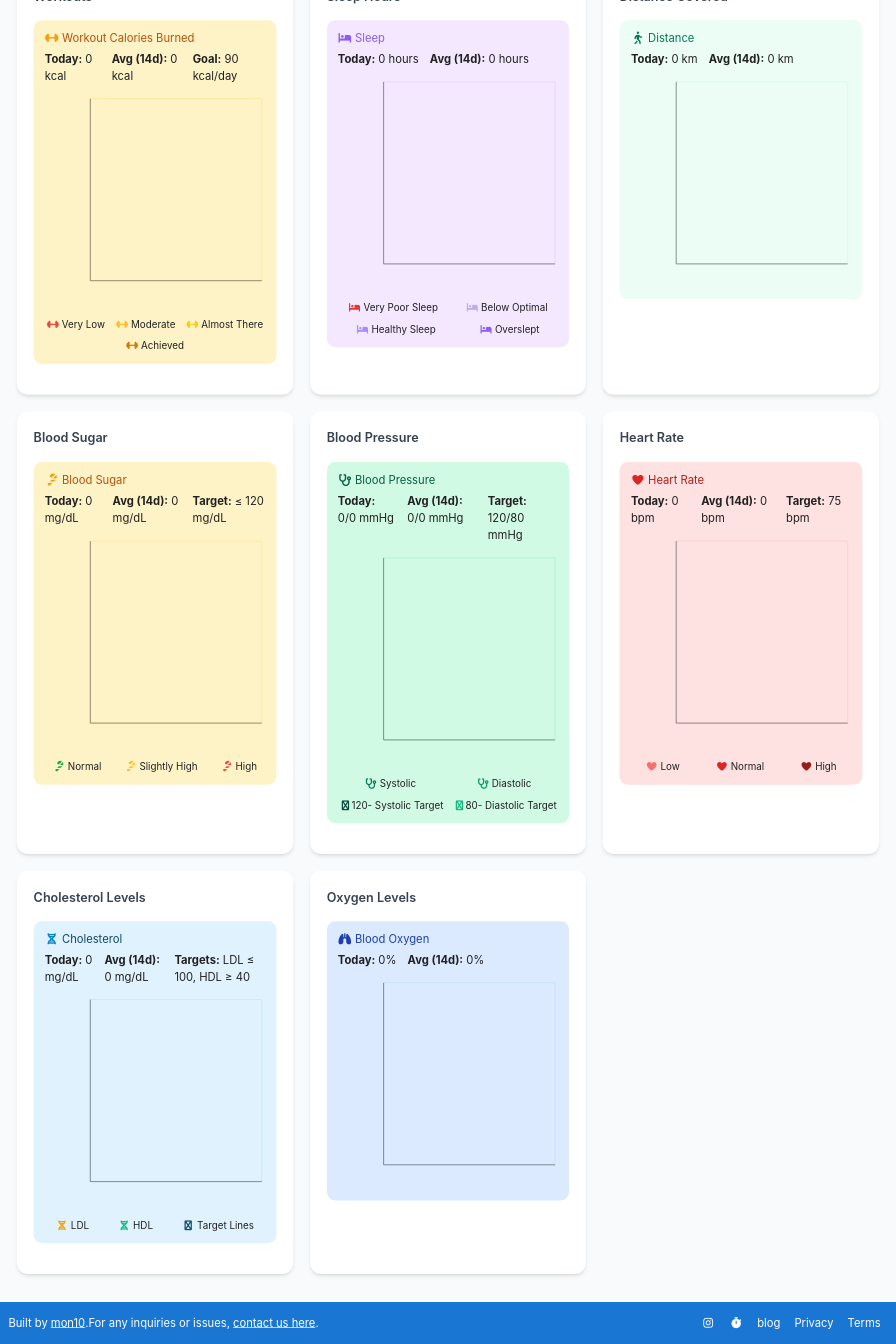
Repository: bhumikamourya/health-monitoring-application
Page: /dashboard (app in frontend/)
An editor plug-in stored every save of this project. The page is shown before and after the next save, followed by the edit.
The browser window is 1280 px wide. The pictures show the part of the page from y = 890 to 2810 px (the page is 2810 px tall), at 70% of full size.
The page's requests for data from a server got no answer. Some web libraries are served in a nearby version. The project was rebuilt for these pictures with package versions that can differ from the ones it lists, and the page was loaded fresh each time. No one was signed in, and anything a server would have sent is missing. Also part of the build but not shown: frontend/src/components/Home/particleBackground.js, frontend/src/components/Home/Component1.js, frontend/src/components/Home/Component2.js, frontend/src/components/Home/Component3.js, frontend/src/components/Home/Component4.js, frontend/src/components/Home/HomePage.js, frontend/src/components/Blog/Component1.js, frontend/src/components/Blog/Component2.js and 16 more.

Above is the page before, as saved 2025-10-14 19:31:24.

After the next save:
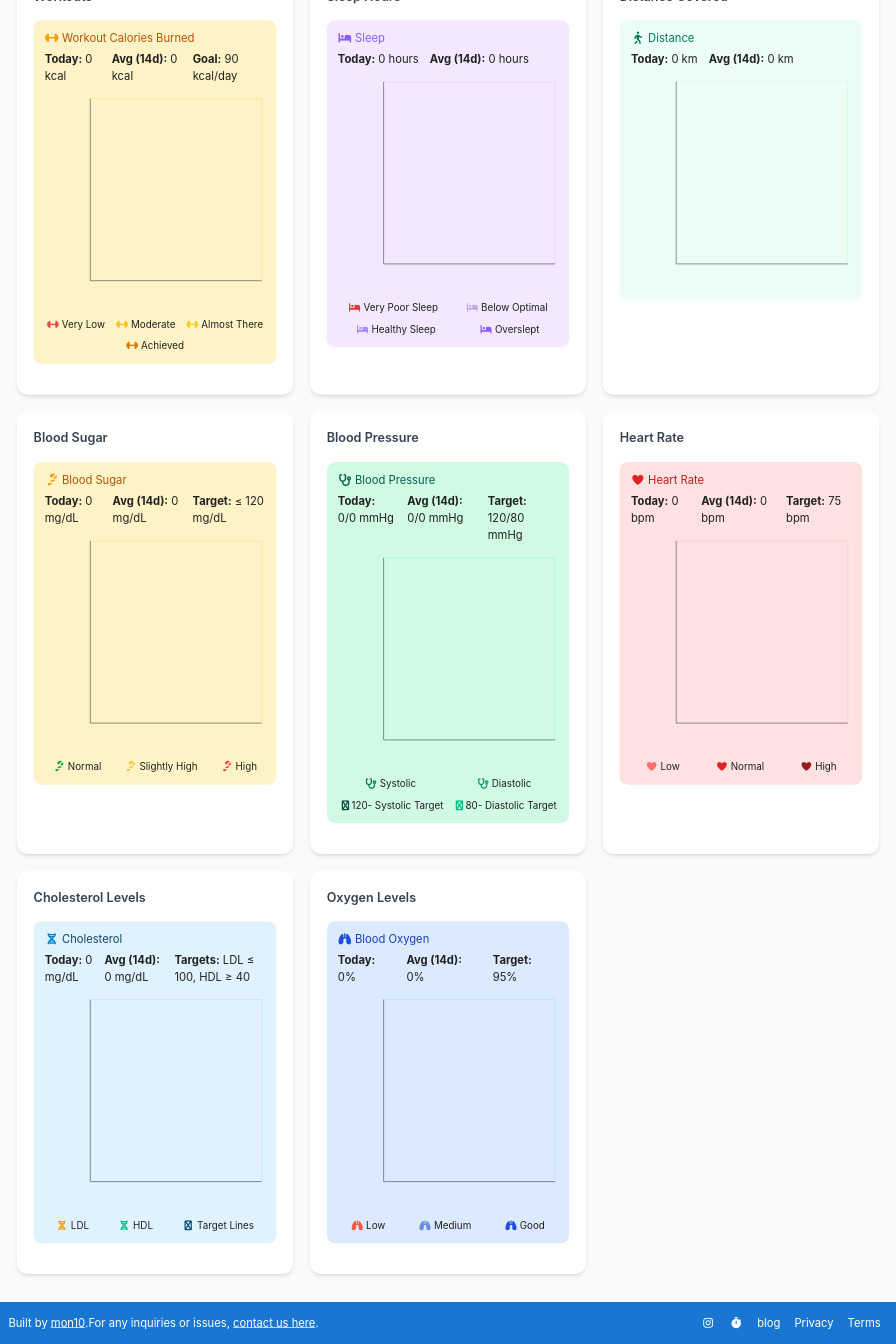
Saved 118 s later.
--- a/frontend/src/components/Charts/MedicalCharts.js
+++ b/frontend/src/components/Charts/MedicalCharts.js
@@ -293,22 +293,38 @@ function CholesterolChart({ days = 7, ldlTarget = 100, hdlTarget = 40 }) {
 // Oxygen Chart
 function OxygenChart({ days = 7, target = 95 }) {
   const { data, todayTotal, avg } = useChartData("oxygen", "oxygen", days);
-const getOxygenColor = (value, target) => {
-  if (value < 90) return "#f65a45ff";      // red → low
-  if (value < 95) return "#6a89dfff";      // yellow → medium
-  return "#1d4ed8";                      // blue → good
-};
-const coloredData = data.map(d => ({
-  ...d,
-  fill: getOxygenColor(d.oxygen, target)
-}));
-  return (
-    <div style={{ maxWidth: 700, margin: "20px auto", background: "#dbeafe", borderRadius: 12, padding: 16 }}>
-      <h2 style={{ marginBottom: 8, color: "#1e40af" }}><i class="fa-solid fa-lungs"></i> Blood Oxygen </h2>
+
+  const getOxygenColor = (value, target) => {
+    if (value < 90) return "#f65a45ff";    // 🔴 Low
+    if (value < 95) return "#6a89dfff";    // 🟡 Medium
+    return "#1d4ed8";                      // 🔵 Good
+  };
+
+  const coloredData = data.map(d => ({
+    ...d,
+    fill: getOxygenColor(d.oxygen, target)
+  }));
+
+  return (
+    <div
+      style={{
+        maxWidth: 700,
+        margin: "20px auto",
+        background: "#dbeafe",
+        borderRadius: 12,
+        padding: 16
+      }}
+    >
+      <h2 style={{ marginBottom: 8, color: "#1e40af" }}>
+        <i className="fa-solid fa-lungs" style={{ color: "#1d4ed8" }}></i> Blood Oxygen
+      </h2>
+
       <div style={{ display: "flex", gap: 16, marginBottom: 16 }}>
         <div><b>Today:</b> {todayTotal}%</div>
         <div><b>Avg ({days}d):</b> {avg}%</div>
-      </div>
+        <div><b>Target:</b> {target}%</div>
+      </div>
+
       <div style={{ width: "100%", height: 300 }}>
         <ResponsiveContainer>
           <BarChart data={coloredData}>
@@ -317,13 +333,36 @@ const coloredData = data.map(d => ({
             <YAxis allowDecimals={false} />
             <Tooltip content={<CustomTooltip unit="%" />} />
             <Bar dataKey="oxygen" fill={({ payload }) => payload.fill} />
-            <Line type="monotone" dataKey={() => target} stroke="#1e40af" strokeWidth={2} dot={false} />
-          </BarChart>
-        </ResponsiveContainer>
-      </div>
-    </div>
-  );
-}
+            <Line
+              type="monotone"
+              dataKey={() => target}
+              stroke="#1e40af"
+              strokeWidth={2}
+              dot={false}
+            />
+          </BarChart>
+        </ResponsiveContainer>
+      </div>
+
+      {/* 👇 Color Legend Section */}
+      <div
+        style={{
+          marginTop: 16,
+          display: "flex",
+          justifyContent: "space-around",
+          flexWrap: "wrap",
+          gap: 10,
+          fontSize: 14
+        }}
+      >
+        <div><i style={{ color: "#f65a45ff" }} className="fa-solid fa-lungs"></i> Low</div>
+        <div><i style={{ color: "#6a89dfff" }} className="fa-solid fa-lungs"></i> Medium</div>
+        <div><i style={{ color: "#1d4ed8" }} className="fa-solid fa-lungs"></i> Good</div>
+      </div>
+    </div>
+  );
+}
+
 
 
 
